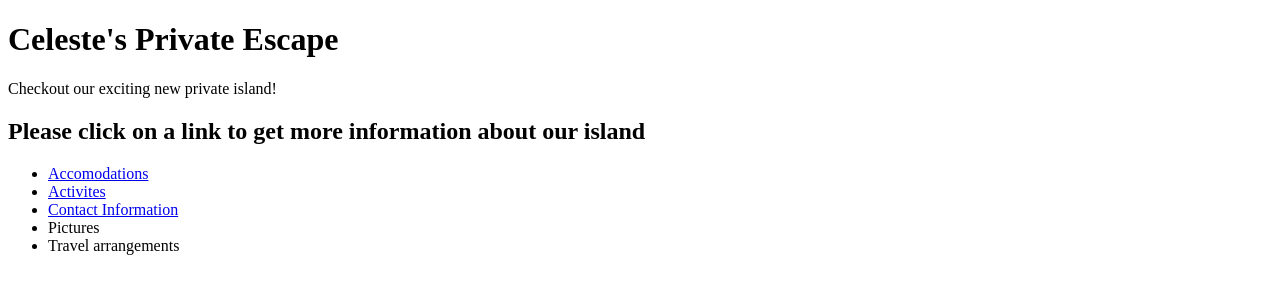
Repository: fieldceleste/island-resort
Page: island-resort.html
These files come from the project's save history. The page is drawn as it stood at one moment and after the next save; the edit follows.
The browser window is 1280 px wide. The pictures show the whole page.

Above is the page before, as saved 2019-10-27 16:28:23.

After the next save:
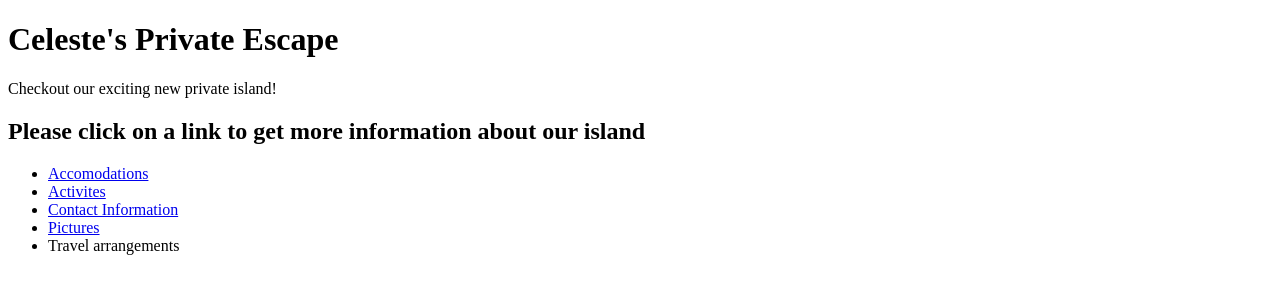
Saved 65 s later.
--- a/island-resort.html
+++ b/island-resort.html
@@ -12,7 +12,7 @@
   <li><a href="file:///Users/apple/Desktop/island-resort/accomodations.html">Accomodations</a></li>
   <li><a href="file:///Users/apple/Desktop/island-resort/activites.html">Activites</a></li>
   <li><a href="file:///Users/apple/Desktop/island-resort/contact-information.html">Contact Information</a></li>
-  <li>Pictures</li>
+  <li><a href="file:///Users/apple/Desktop/island-resort/pictures.html">Pictures</a></li>
   <li>Travel arrangements</li>
 </ul>
 
